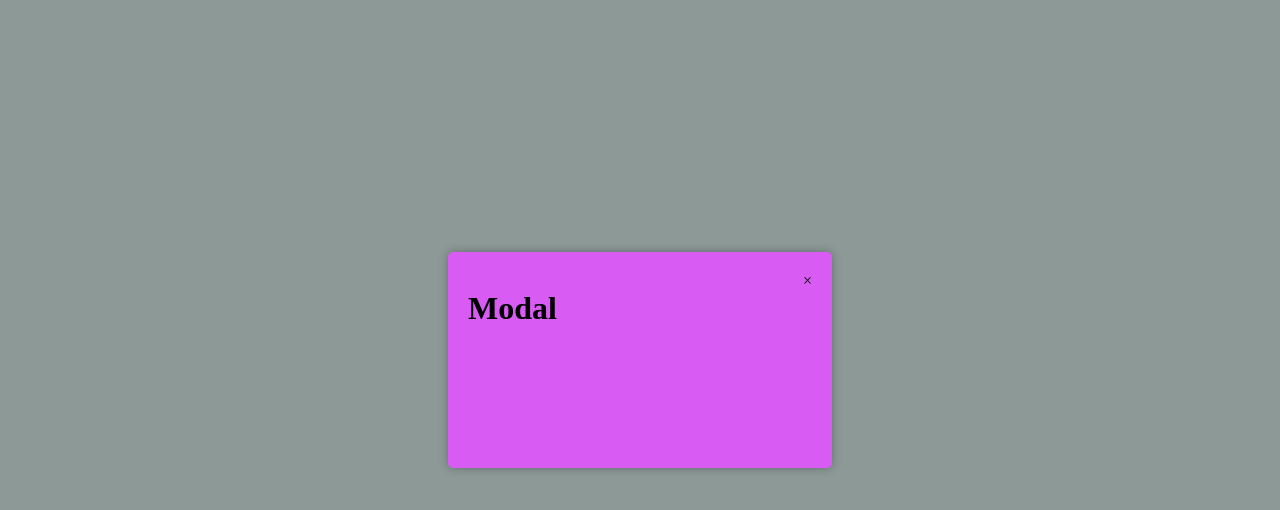
Repository: Soab42/portfolio
Page: /modal
An editor plug-in stored every save of this project. The page is shown before and after the next save, followed by the edit.
The browser window is 1280 px wide. The pictures show the whole page.
The project was rebuilt for these pictures with package versions that can differ from the ones it lists, and the page was loaded fresh each time. The framework's server and built-in components were replaced by stand-ins that run in the browser. Also part of the build but not shown: next.config.js.

Above is the page before, as saved 2023-10-09 15:42:58.

After the next save:
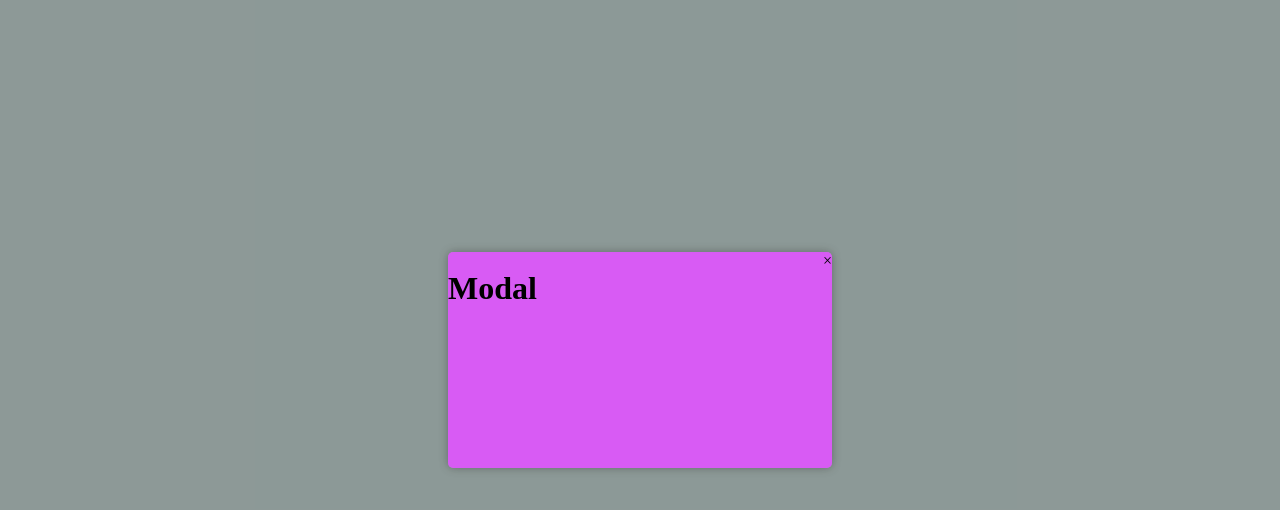
Saved 20 s later.
--- a/app/globals.css
+++ b/app/globals.css
@@ -129,7 +129,7 @@ a {
   flex-direction: column;
   transform: translate(-50%, -50%);
   background-color: #d85bf4fe;
-  padding: 20px;
+  /* padding: 20px; */
   border-radius: 5px;
   box-shadow: 0px 0px 10px rgba(0, 0, 0, 0.3);
 }
